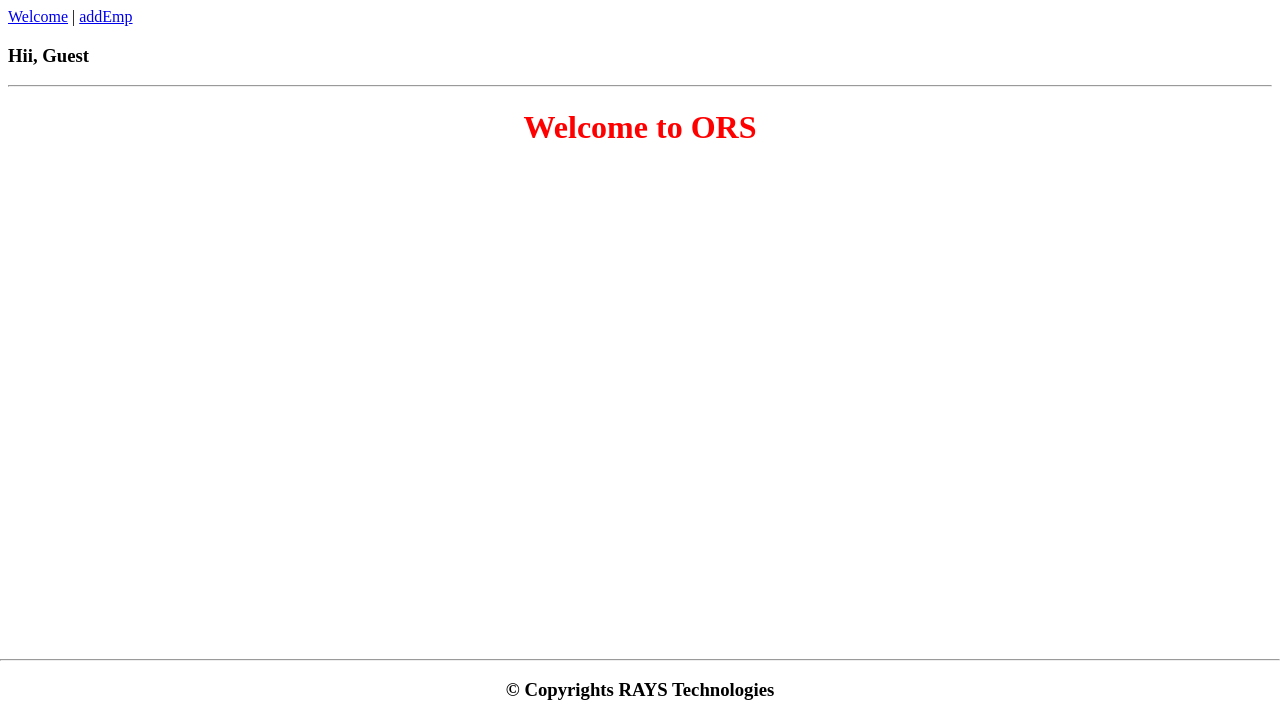
Repository: mca45034/MiniProjectp3
Page: http://localhost/Hibernate/welcome.jsp
The author's editor kept a copy of each file at every save. The page is drawn from the files as they stood at one save, then again after the next save.
The browser window is 1280 px wide. The pictures show the whole page.
The page is served by Tomcat 9.

Above is the page before, as saved 2024-03-04 06:52:58.

After the next save:
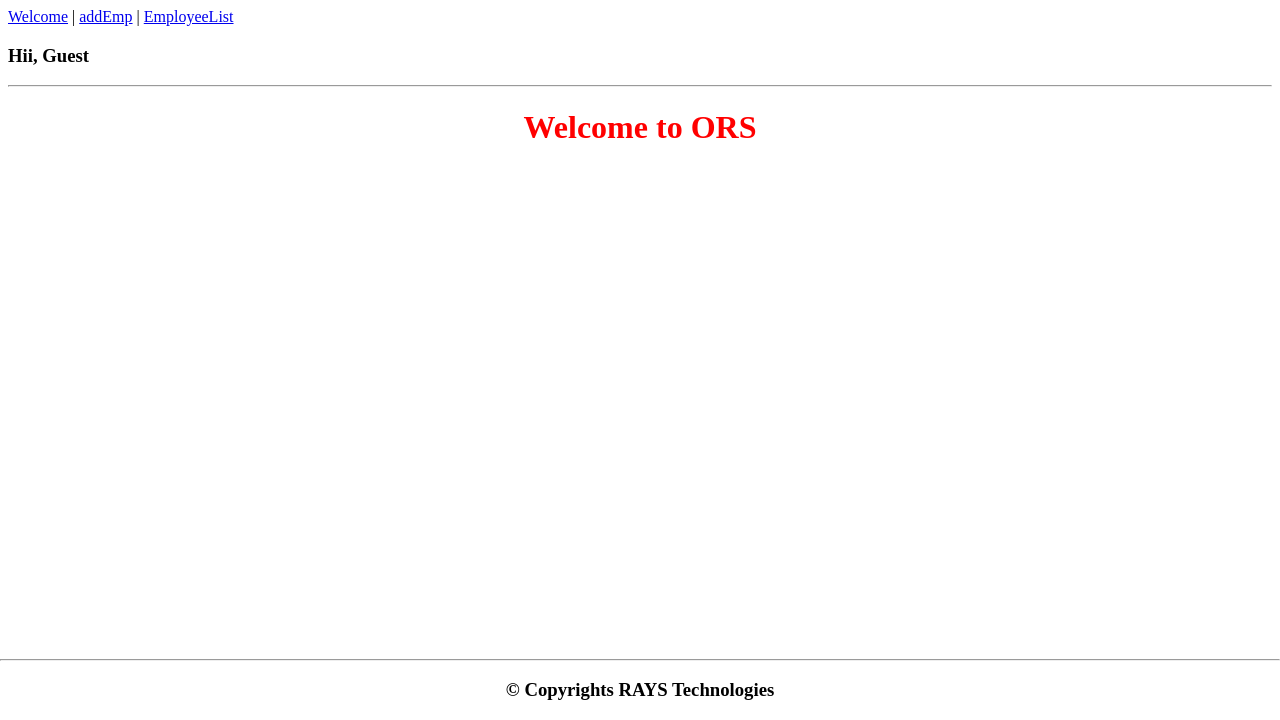
Saved 98 s later.
--- a/project/Hibernate/src/main/webapp/Header.jsp
+++ b/project/Hibernate/src/main/webapp/Header.jsp
@@ -8,7 +8,8 @@
 </head>
 <body>
   <a href="welcome.jsp">Welcome</a> |
-   <a href="EmployeCtl">addEmp</a>
+   <a href="EmployeCtl">addEmp</a> |
+   <a href="EmployeeList">EmployeeList</a>
   <!-- <a href="UserRegistrationCtl"> add User</a> |
   <a href="UserListCtl">user list</a> | -->
  <!--  <a href="EmployeCtl">Add Emp</a> |  -->
